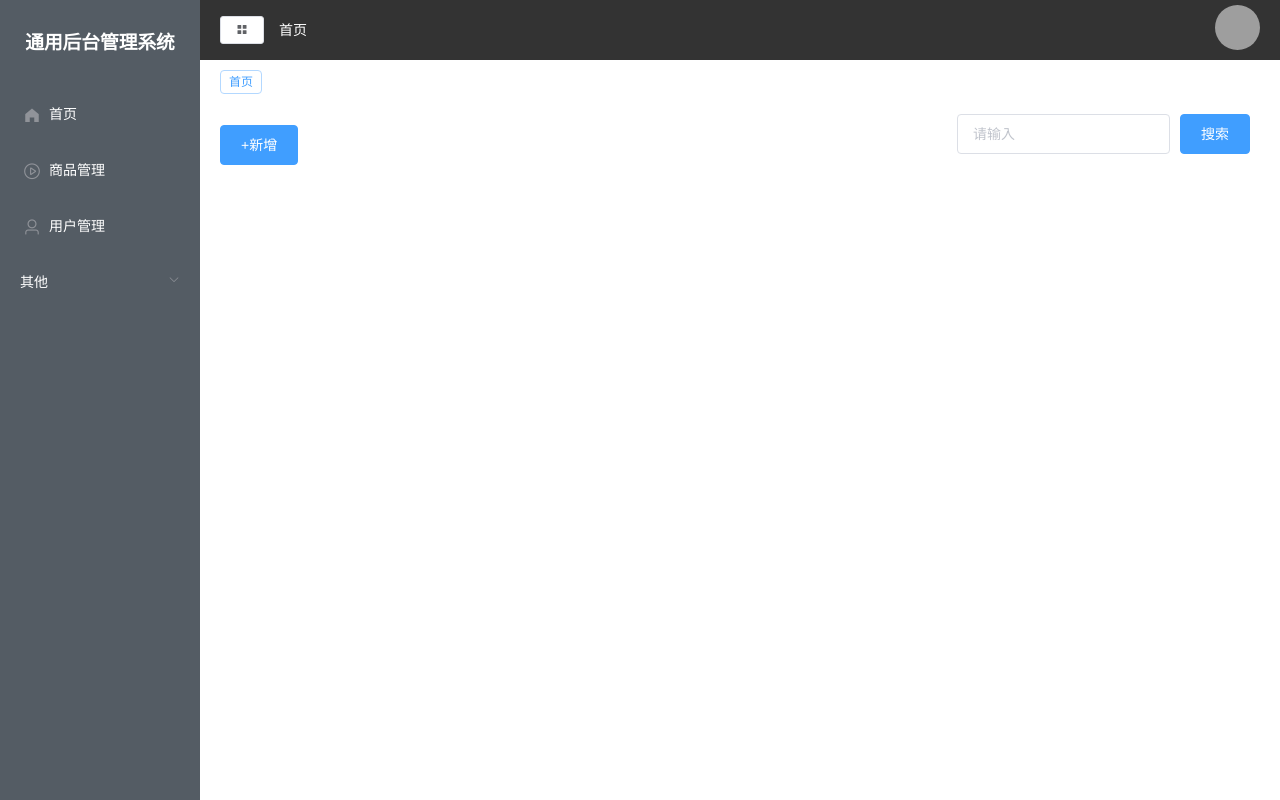
Repository: zhangwen001208/cmd
Page: /user
These files come from the project's save history. The page is drawn as it stood at one moment and after the next save; the edit follows.
The browser window is 1280 px wide. The pictures show the whole page.
Pictures or frames that could not be fetched are drawn as grey boxes. The project was rebuilt for these pictures with package versions that can differ from the ones it lists, and the page was loaded fresh each time. Also part of the build but not shown: vue.config.js.

Above is the page before, as saved 2022-08-29 18:19:24.

After the next save:
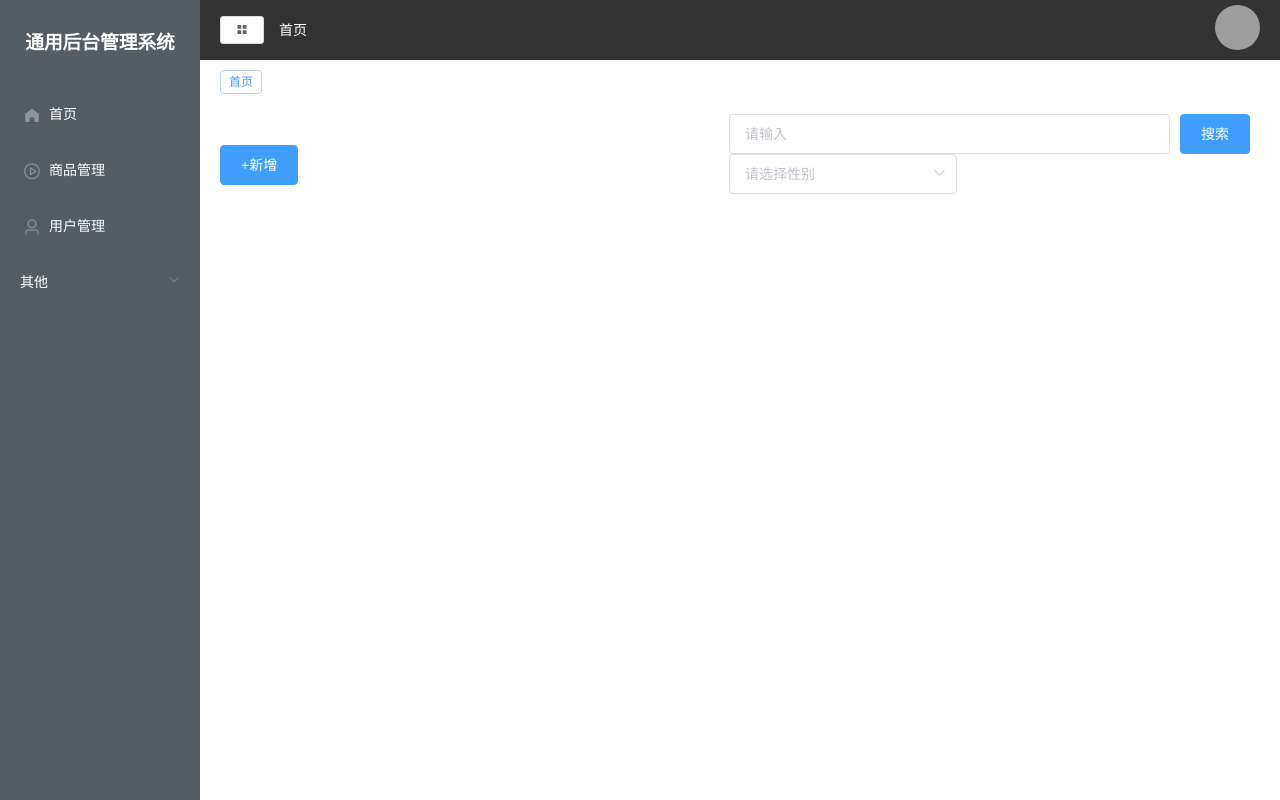
Saved 56 s later.
--- a/src/components/commendFrom.vue
+++ b/src/components/commendFrom.vue
@@ -22,8 +22,8 @@
             >
             </el-date-picker>
 
-            <!-- <el-select
-             v-if="item.type === 'select'"
+            <el-select
+
              placeholder="请选择性别"
             :model="form[item.model]"
              >
@@ -34,7 +34,7 @@
              :value="item.value"
              >
              </el-option>
-            </el-select> -->
+            </el-select>
 
         </el-form-item>
         <el-form-item><slot></slot></el-form-item>

After the save that followed:
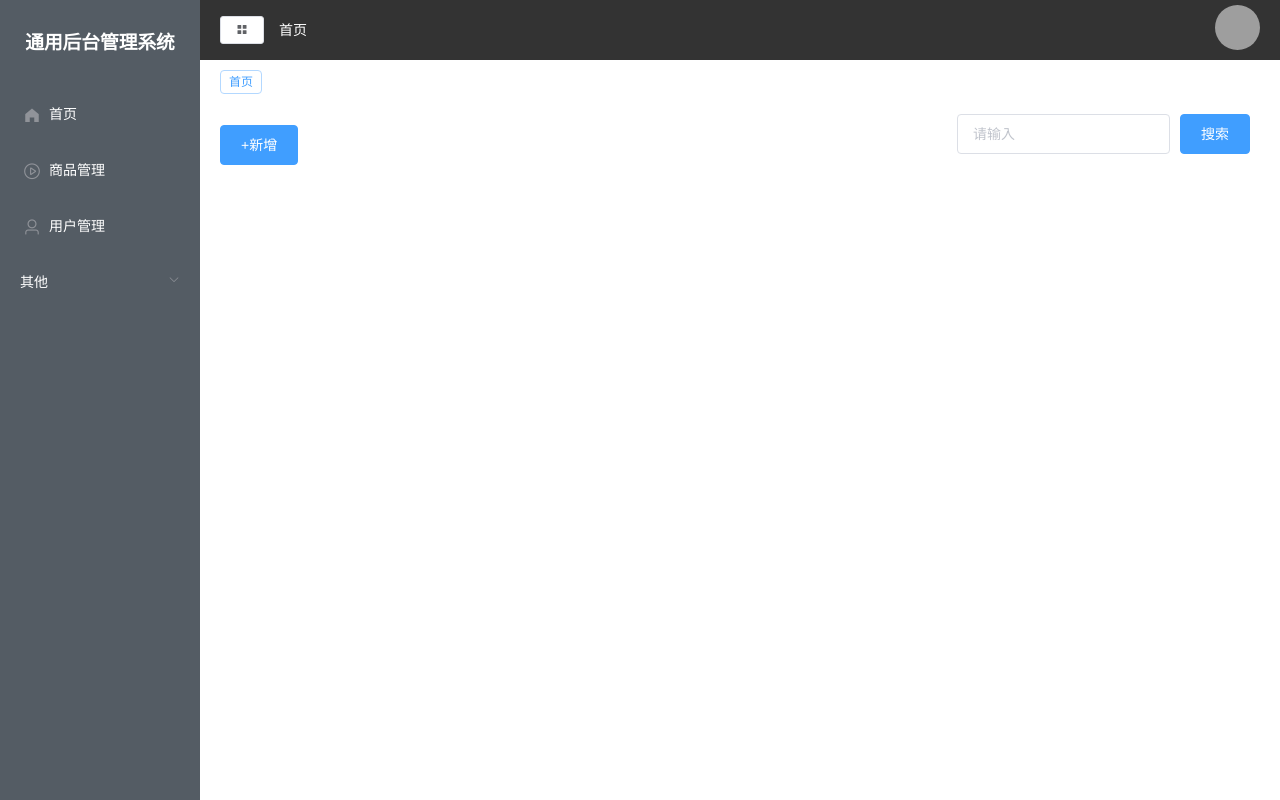
Saved 12 s later.
--- a/src/components/commendFrom.vue
+++ b/src/components/commendFrom.vue
@@ -23,7 +23,7 @@
             </el-date-picker>
 
             <el-select
-
+             v-if="item.type === 'select'"
              placeholder="请选择性别"
             :model="form[item.model]"
              >
